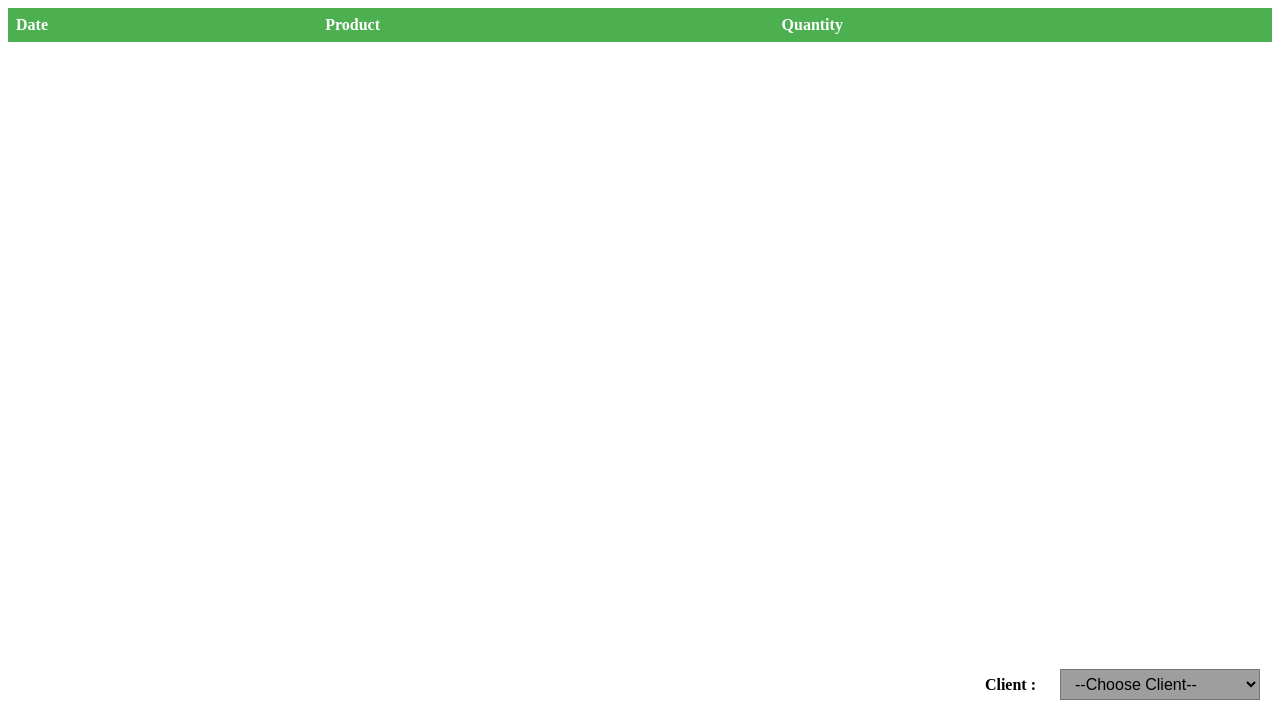
Repository: erjaimin/coding-ground
Page: http://localhost/SalesWebApp/stats.jsp
The author's editor kept a copy of each file at every save. The page is drawn from the files as they stood at one save, then again after the next save.
The browser window is 1280 px wide. The pictures show the whole page.
Pictures or frames that could not be fetched are drawn as grey boxes. Some web libraries are served in a nearby version. The page is served by Tomcat 9. Queries for data that is not in the repository find no rows.

Above is the page before, as saved 2017-11-28 18:41:11.

After the next save:
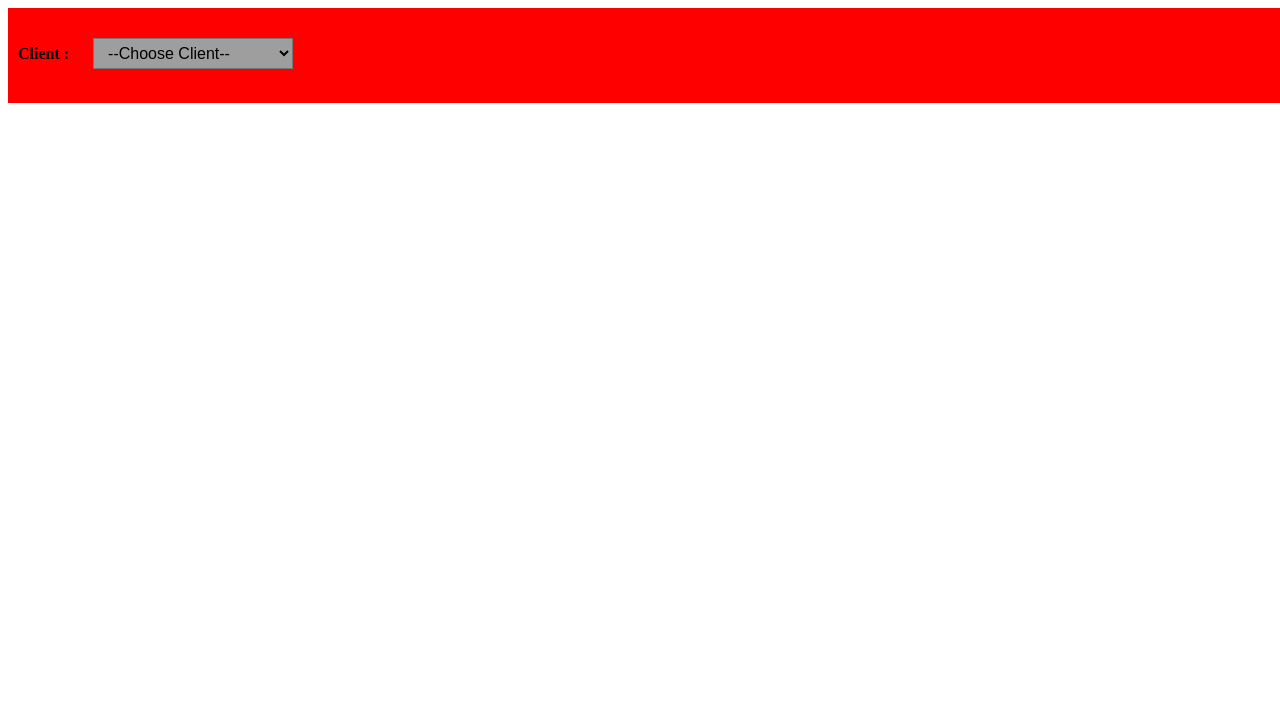
Saved 2 min 11 s later.
--- a/SalesWebApp/WebContent/stats.jsp
+++ b/SalesWebApp/WebContent/stats.jsp
@@ -85,9 +85,10 @@
 	<style type="text/css">
 		.header{
 			position: fixed;
-			bottom: 0;
-			right: 0;
-			z-index: 3000;
+		    width: 100%;
+		    height: 75px;
+		    background-color: #f00;
+		    padding: 10px;
 		}
 		#customerDropDown{
 			  -webkit-appearance: button;
